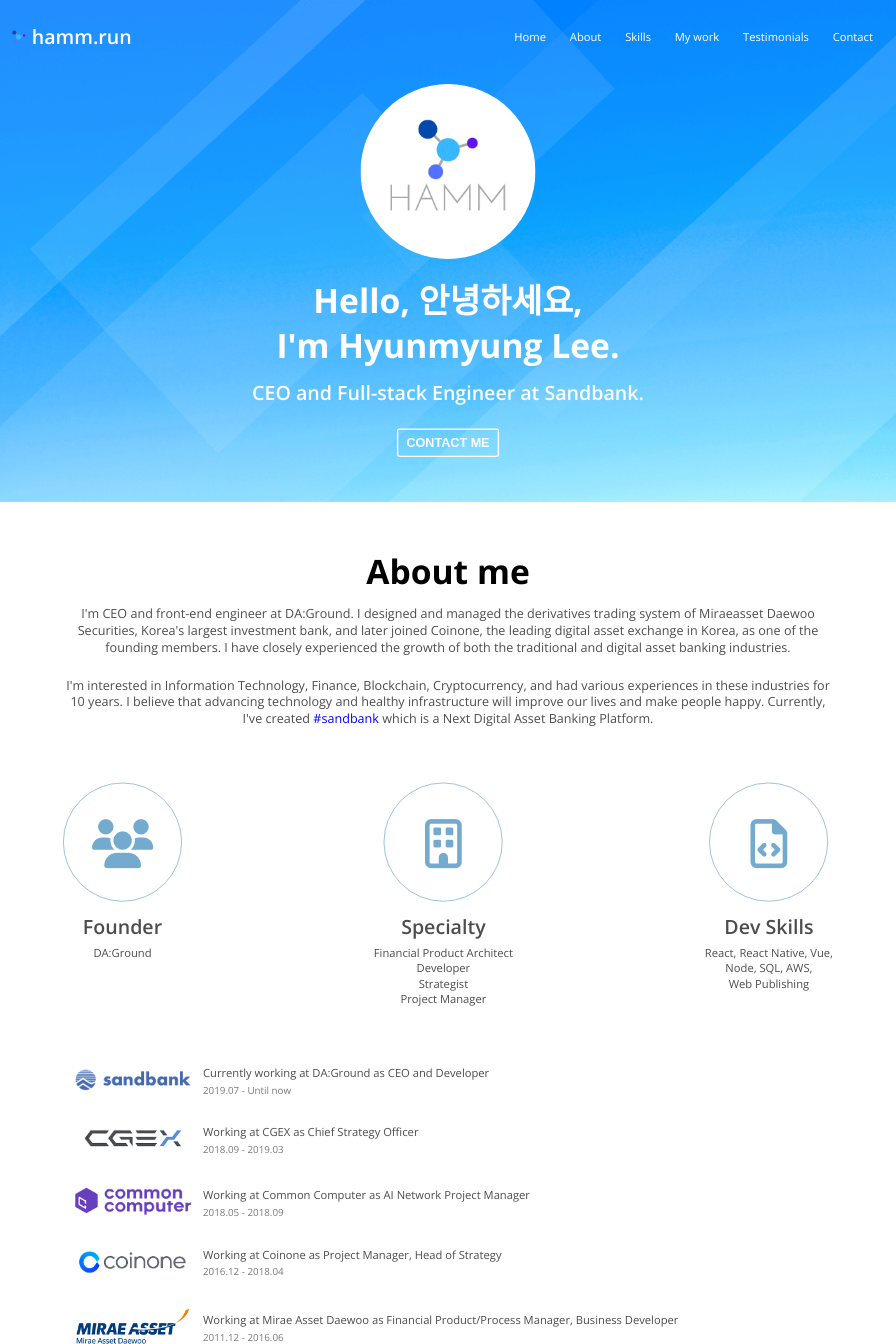
Repository: hammlee/portfolio
Page: index.html
These files come from the project's save history. The page is drawn as it stood at one moment and after the next save; the edit follows.
The browser window is 1280 px wide. The pictures show the part of the page from y = 0 to 1920 px (the page is 3759 px tall), at 70% of full size.
Some web libraries are served in a nearby version.

Above is the page before, as saved 2021-04-22 20:33:12.

After the next save:
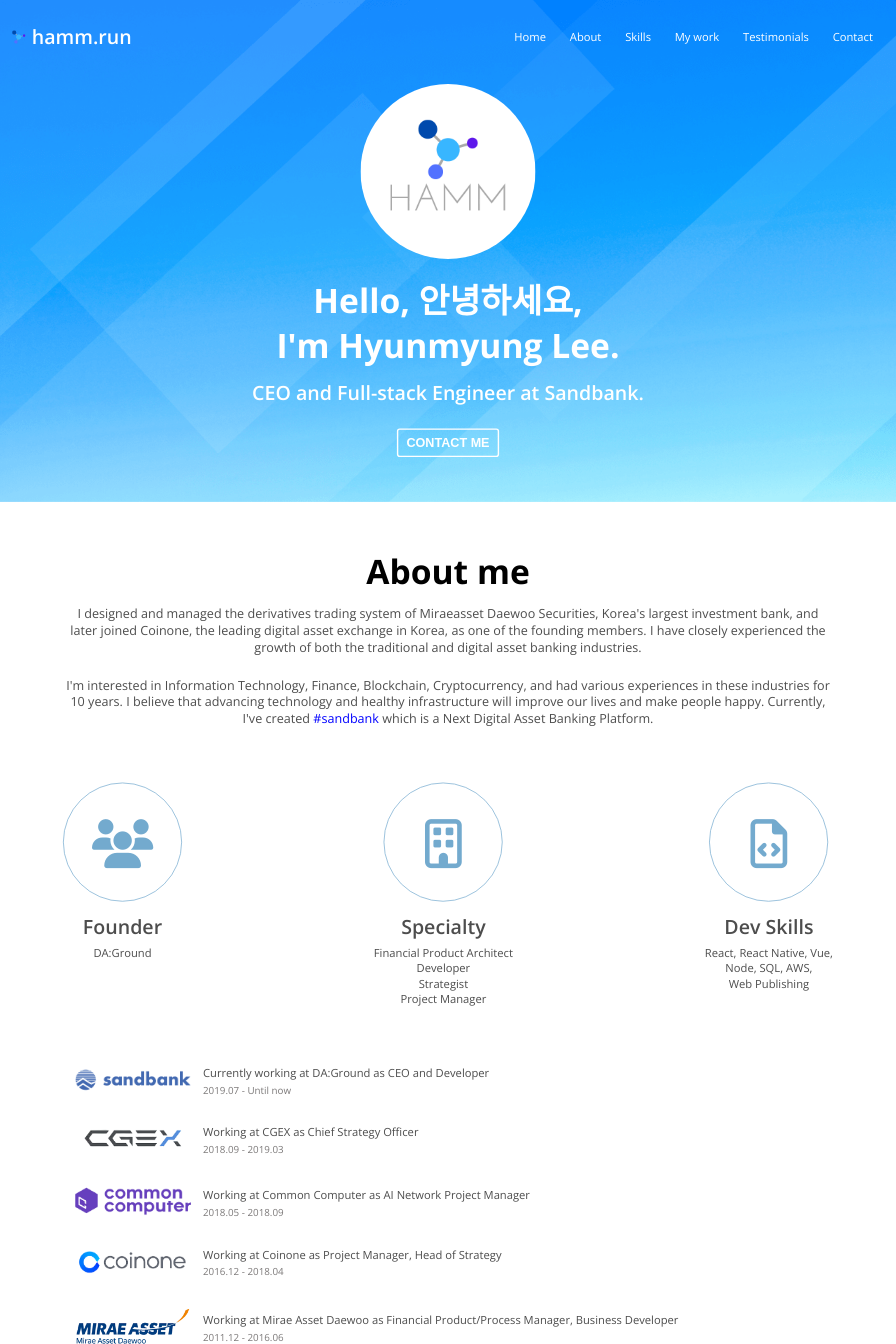
Saved 77 s later.
--- a/index.html
+++ b/index.html
@@ -67,12 +67,11 @@
     <section id="about" class="section section__container">
       <h1>About me</h1>
       <p>
-        I'm CEO and front-end engineer at DA:Ground. I designed and managed the
-        derivatives trading system of Miraeasset Daewoo Securities, Korea's
-        largest investment bank, and later joined Coinone, the leading digital
-        asset exchange in Korea, as one of the founding members. I have closely
-        experienced the growth of both the traditional and digital asset banking
-        industries.
+        I designed and managed the derivatives trading system of Miraeasset
+        Daewoo Securities, Korea's largest investment bank, and later joined
+        Coinone, the leading digital asset exchange in Korea, as one of the
+        founding members. I have closely experienced the growth of both the
+        traditional and digital asset banking industries.
       </p>
       <br />
       <p>
